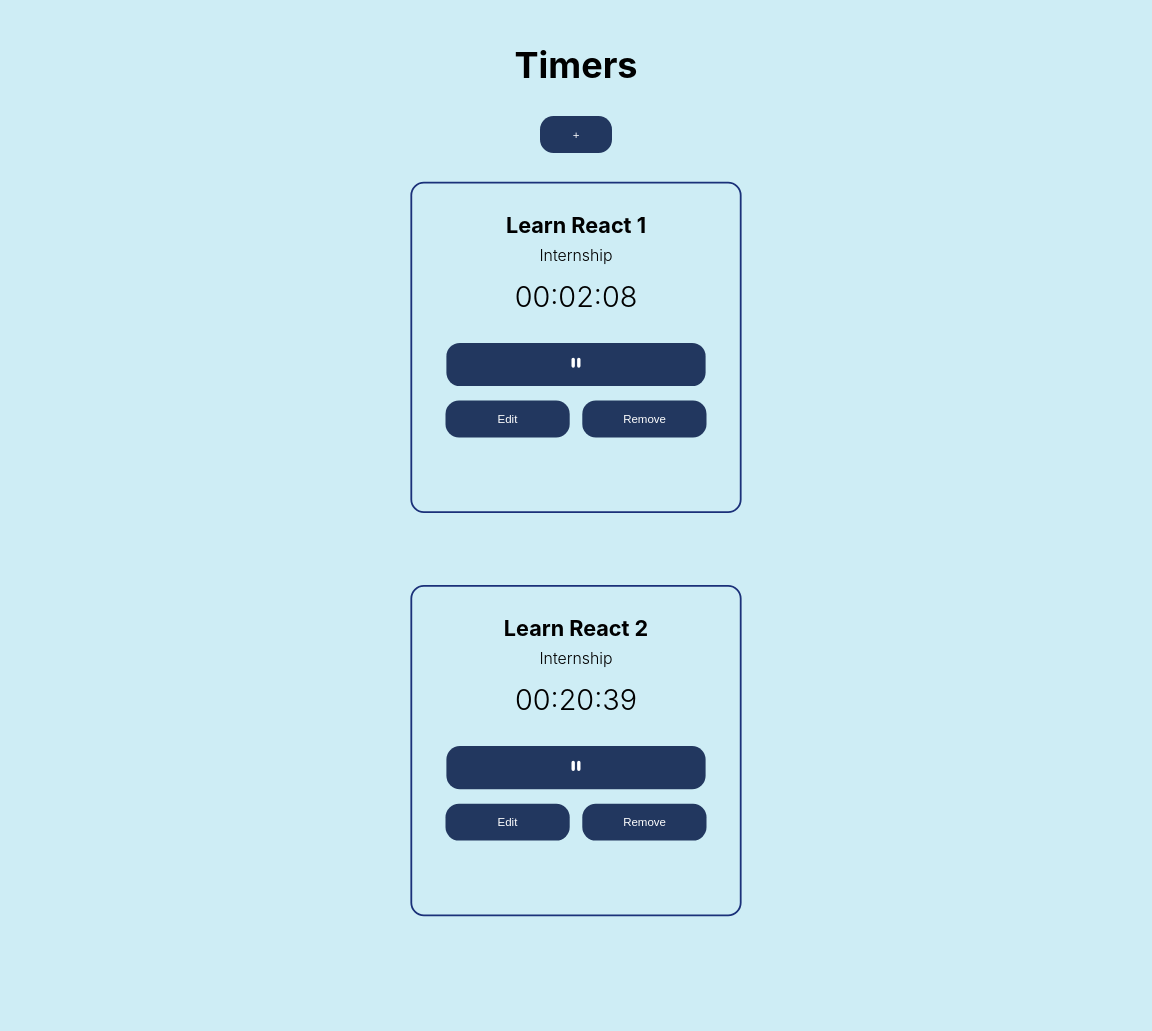
Repository: dqhuy153/react-timer
Page: /
The author's editor kept a copy of each file at every save. The page is drawn from the files as they stood at one save, then again after the next save.
The browser window is 1280 px wide. The pictures show the whole page, at 90% of full size.
The project was rebuilt for these pictures with package versions that can differ from the ones it lists, and the page was loaded fresh each time. Also part of the build but not shown: src/components/TimerForm/TimerForm.module.scss, src/components/TimerForm/index.jsx.

Above is the page before, as saved 2021-10-26 17:54:22.

### src/index.css
* {
  padding: 0;
  margin: 0;
  box-sizing: border-box;
}

body {
  margin: 0;
  font-family: -apple-system, BlinkMacSystemFont, 'Segoe UI', 'Roboto', 'Oxygen',
    'Ubuntu', 'Cantarell', 'Fira Sans', 'Droid Sans', 'Helvetica Neue',
    sans-serif;
  -webkit-font-smoothing: antialiased;
  -moz-osx-font-smoothing: grayscale;

  font-size: 62.5%;
}

code {
  font-family: source-code-pro, Menlo, Monaco, Consolas, 'Courier New',
    monospace;
}

### src/App.js
import { useEffect, useRef, useState } from 'react';
import './App.scss';

import EditableTimerForm from './components/EditableTimerForm';
import ToggleableTimerForm from './components/ToggeableTimerForm';
import { newTimer } from './utils/TimerUtils';

function App() {
  const timerRef = useRef();
  const [timers, setTimers] = useState([
    {
      id: 1,
      title: 'Learn React 1',
      project: 'Internship',
      time: 123454,
      isRunning: true,
    },
    {
      id: 2,
      title: 'Learn React 2',
      project: 'Internship',
      time: 1234545,
      isRunning: true,
    },
  ]);

  const handleUpdateTimer = (data) => {
    let newTimers;

    //if has no id, create a new one
    if (!data.id) {
      newTimers = [
        newTimer({
          title: data.title,
          project: data.project,
        }),
        ...timers,
      ];
    }
    //update existing timer
    else {
      newTimers = timers.map((timer, idx) => {
        if (timer.id === data.id) {
          return {
            ...timer,
            title: data.title,
            project: data.project,
          };
        }

        return timer;
      });
    }

    setTimers(newTimers);
  };

  useEffect(() => {
    clearTimeout(timerRef.current);

    timerRef.current = setTimeout(() => {
      const newTimers = timers.map((timer, idx) => {
        if (timer.isRunning)
          return {
            ...timer,
            time: timer.time + 1000,
          };

        return timer;
      });

      setTimers(newTimers);
    }, 1000);
  }, [timers]);

  return (
    <div className="App">
      <div className="body">
        <h1>Timers</h1>

        <ToggleableTimerForm onUpdate={handleUpdateTimer} />

        {timers.map((timer) => {
          return (
            <EditableTimerForm
              key={timer.id}
              id={timer.id}
              title={timer.title}
              project={timer.project}
              timer={timer.time}
              isRunning={timer.isRunning}
            />
          );
        })}
      </div>
    </div>
  );
}

export default App;

### src/App.scss
.App {
  background: #ceedf5;
}

.body {
  display: flex;
  justify-content: flex-start;
  align-items: center;
  flex-direction: column;
  padding: 3rem 0;
  height: 100%;

  h1 {
    font-size: 2.5rem;
  }
}

### src/components/EditableTimerForm/index.jsx
import React, { useState } from 'react';
import Timer from '../Timer';
import TimerForm from '../TimerForm';

import styles from './EditableTimerForm.module.scss';

const EditableTimerForm = ({
  id,
  title,
  project,
  timer,
  isRunning,
  onUpdate,
  onRemove,
  onTimerClick,
}) => {
  const [isEdit, setIsEdit] = useState(false);

  const handleOpenEdit = () => {
    setIsEdit(true);
  };

  const handleCloseEdit = () => {
    setIsEdit(false);
  };

  const handleUpdate = (data) => {
    onUpdate(data);
    handleOpenEdit();
  };

  const content = isEdit ? (
    <TimerForm
      id={id}
      title={title}
      project={project}
      timer={timer}
      onCancel={handleCloseEdit}
      onUpdate={handleUpdate}
    />
  ) : (
    <Timer
      id={id}
      title={title}
      project={project}
      timer={timer}
      isRunning={isRunning}
      onEdit={handleOpenEdit}
      onRemove={onRemove}
      onTimerClick={onTimerClick}
    />
  );

  return <div className={styles.container}>{content}</div>;
};

export default EditableTimerForm;

### src/components/ToggeableTimerForm/index.jsx
import { useState } from 'react';
import Button from '../Button';
import TimerForm from '../TimerForm';

import styles from './ToggleableTimerForm.module.scss';

const ToggleableTimerForm = ({ onUpdate, ...props }) => {
  const [isOpen, setIsOpen] = useState(false);

  const handleOpenForm = () => {
    setIsOpen(true);
  };

  const handleCloseForm = () => {
    setIsOpen(false);
  };

  const handleUpdate = (data) => {
    onUpdate(data);
    handleCloseForm();
  };

  const content = isOpen ? (
    <TimerForm onCancel={handleCloseForm} onUpdate={handleUpdate} />
  ) : (
    <Button onClick={handleOpenForm}>+</Button>
  );

  return <div className={styles.container}>{content}</div>;
};

export default ToggleableTimerForm;

### src/utils/TimerUtils.js
import { v4 as uuidv4 } from 'uuid';

export const millisecondsToHuman = (ms) => {
  const seconds = Math.floor((ms / 1000) % 60);
  const minutes = Math.floor((ms / 1000 / 60) % 60);
  const hours = Math.floor(ms / 1000 / 60 / 60);

  const humanized = [
    pad(hours.toString(), 2),
    pad(minutes.toString(), 2),
    pad(seconds.toString(), 2),
  ].join(':');

  return humanized;
};

const pad = (numberString, size) => {
  let padded = numberString;
  while (padded.length < size) {
    padded = `0${padded}`;
  }
  return padded;
};

export const newTimer = (attrs = {}) => {
  const timer = {
    title: attrs.title || 'Timer',
    project: attrs.project || 'Project',
    id: uuidv4(),
    time: 0,
    isRunning: false,
  };

  return timer;
};

### src/components/Timer/index.jsx
import React from 'react';
import { BsPauseFill, BsPlayFill } from 'react-icons/bs';

import { millisecondsToHuman } from '../../utils/TimerUtils';
import Button from '../Button';
import styles from './Timer.module.scss';

const Timer = ({
  title,
  project,
  timer,
  isRunning,
  onEdit,
  onRemove,
  onTimerClick,
}) => {
  const buttonLabel = isRunning ? (
    <BsPauseFill size={20} />
  ) : (
    <BsPlayFill size={20} />
  );

  return (
    <div className={styles.container}>
      <h2>{title}</h2>
      <p>{project}</p>
      <p className={styles.timer}>{millisecondsToHuman(timer)}</p>
      <Button className={styles.timer_btn} onClick={onTimerClick}>
        {buttonLabel}
      </Button>
      <div className={styles.btn_container}>
        <Button className={styles.btn} onClick={onEdit}>
          Edit
        </Button>
        <Button className={styles.btn} onClick={onRemove}>
          Remove
        </Button>
      </div>
    </div>
  );
};

export default Timer;

### src/components/EditableTimerForm/EditableTimerForm.module.scss
.container {
  transition: all 0.2s linear;
  border: 2px solid #1b3179;
  padding: 2rem;
  border-radius: 15px;
  width: 23rem;
  height: 23rem;
  margin-bottom: 5rem;

  &:hover {
    box-shadow: rgba(100, 100, 111, 0.2) 0px 7px 29px 0px;
    background: #ffffff7e;
    border: none;
  }
}

### src/components/Button/index.jsx
import React from 'react';

import styles from './Button.module.scss';

const Button = ({
  children,
  onClick,
  className,
  bgColor = '#22375f',
  color = '#fff',
  hoverColor = '#22375f',
  hoverBgColor = '#fff',
  ...rest
}) => {
  return (
    <button
      style={{
        '--bg-color': bgColor,
        '--color': color,
        '--hover-color': hoverColor,
        '--hover-bg-color': hoverBgColor,
      }}
      className={`${styles.container} ${className}`}
      onClick={onClick}
      children={children}
      {...rest}
    ></button>
  );
};

export default Button;

### src/components/ToggeableTimerForm/ToggleableTimerForm.module.scss
.container {
  margin: 2rem;
}

### src/components/Timer/Timer.module.scss
.container {
  text-align: center;

  h2 {
    font-size: 1.5rem;
    margin-bottom: 0.5rem;
  }
  p {
    font-size: 1.1rem;
    font-weight: 300;
    margin-bottom: 1rem;
  }

  .timer {
    font-size: 2rem;
  }

  .btn_container {
    display: flex;
    justify-content: space-between;

    .btn {
      margin: 0 0.3rem;
      width: 46%;
    }
  }

  .timer_btn {
    width: 96%;
    margin: 1rem auto;
  }
}

### src/components/Button/Button.module.scss
.container {
  padding: 0.8rem 2rem;
  min-width: 5rem;
  border: none;
  color: var(--color);
  border-radius: 15px;
  background: var(--bg-color);
  font-size: 0.8rem;
  cursor: pointer;
  transition: all 0.2s linear;

  &:hover {
    box-shadow: rgba(100, 100, 111, 0.3) 0px 7px 29px 0px;
    background: var(--hover-bg-color);
    color: var(--hover-color);
    font-weight: bold;
  }

  &:active {
    transform: translateY(2px);
  }
}

Loaded but not shown: public/index.html (common file); src/index.js (common file); src/reportWebVitals.js (common file)

After the next save:
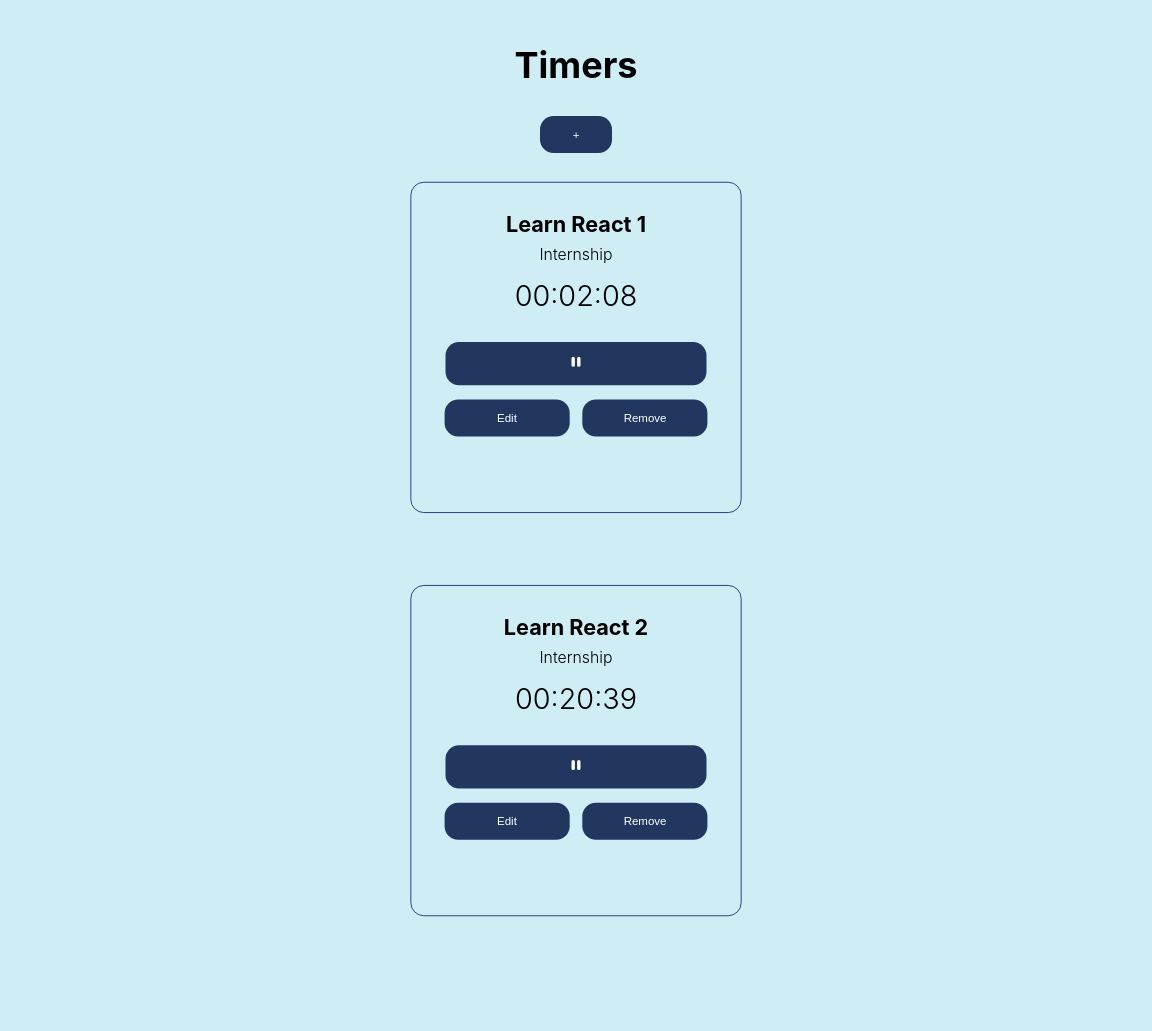
Saved 21 s later.
--- a/src/components/EditableTimerForm/EditableTimerForm.module.scss
+++ b/src/components/EditableTimerForm/EditableTimerForm.module.scss
@@ -1,6 +1,6 @@
 .container {
   transition: all 0.2s linear;
-  border: 2px solid #1b3179;
+  border: 1px solid #1b3179;
   padding: 2rem;
   border-radius: 15px;
   width: 23rem;
